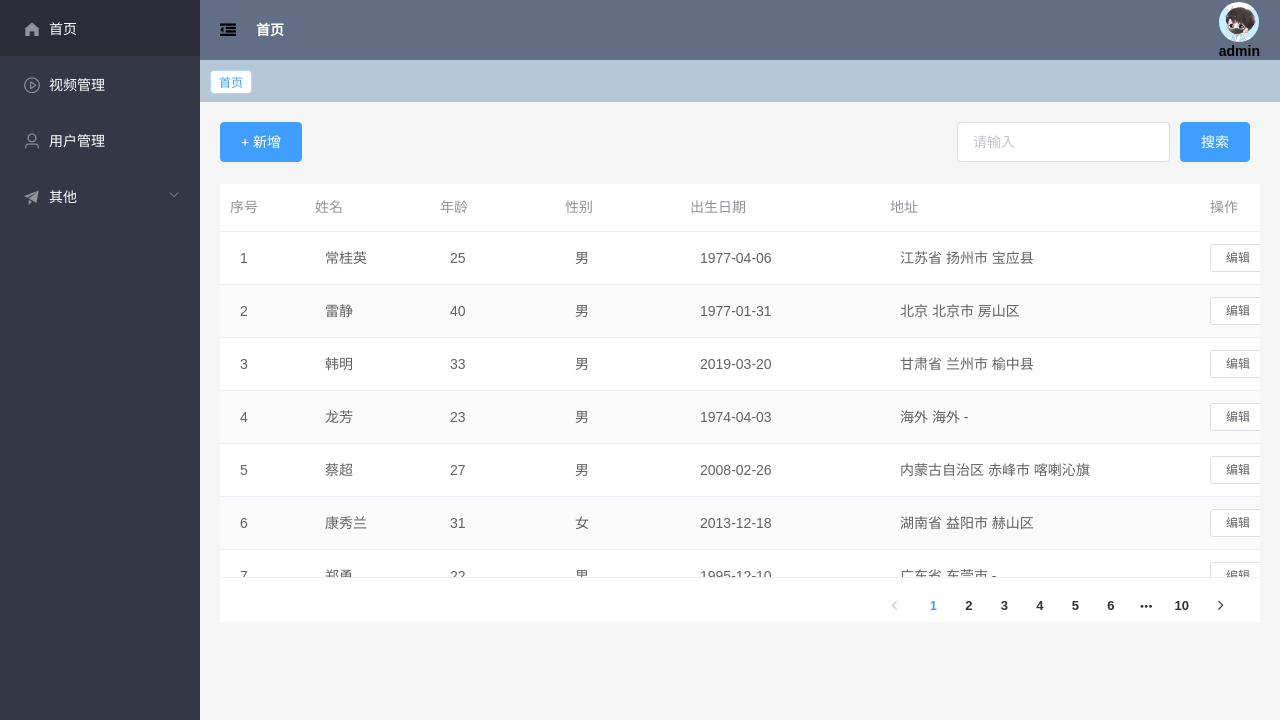
Repository: coWhy/vue-manage
Page: /#/user
These files come from the project's save history. The page is drawn as it stood at one moment and after the next save; the edit follows.
The browser window is 1280 px wide. The pictures show the whole page.
The project was rebuilt for these pictures with package versions that can differ from the ones it lists, and the page was loaded fresh each time. Also part of the build but not shown: vue.config.js.

Above is the page before, as saved 2020-04-14 03:42:45.

### src/main.js
import Vue from 'vue'
import App from './App.vue'
import router from './router'
import store from './store'
// 全局配置样式
import '@/assets/scss/reset.scss'
import '@/assets/font-awesome-4.7.0/css/font-awesome.css'
// 第三方包
import ElementUI from 'element-ui'
import 'element-ui/lib/theme-chalk/index.css'
// 自定义全局插件
import http from '@/plugins/http' // 自定义全局axios
// 引入Mock 主要是用于前端模拟使用 使用时 记得注释掉
import './mock'

Vue.config.productionTip = false
Vue.use(http)
console.log(
  `当前所处开发环境:【${process.env.NODE_ENV}】| 路由为: 【${process.env.VUE_APP_URL}】`
)
Vue.use(ElementUI)
new Vue({
  router,
  store,
  render: h => h(App)
}).$mount('#app')

### src/App.vue
<template>
  <div id="app">
    <router-view />
  </div>
</template>

<style lang="scss">
#app {
  // color: $theme-color;
  height: 100vh;
}
</style>

### src/router/index.js
import Vue from 'vue'
import VueRouter from 'vue-router'
//
const originalPush = VueRouter.prototype.push
VueRouter.prototype.push = function push(location) {
  return originalPush.call(this, location).catch(err => err)
}
Vue.use(VueRouter)

const routes = [
  {
    path: '/',
    component: () => import('@/views/layout/index'),
    children: [
      {
        path: '/',
        name: 'home',
        component: () => import('@/views/home/index')
      },
      {
        path: '/video',
        name: 'video',
        component: () => import('@/views/video/index')
      },
      {
        path: '/user',
        name: 'user',
        component: () => import('@/views/user/index')
      },
      {
        path: '/page1',
        name: 'page1',
        component: () => import('@/views/other/page1')
      },
      {
        path: '/page2',
        name: 'page2',
        component: () => import('@/views/other/page2')
      }
    ]
  }
]

const router = new VueRouter({
  routes
})

export default router

### src/store/index.js
import Vue from 'vue'
import Vuex from 'vuex'
import tag from './modules/tag'
Vue.use(Vuex)

export default new Vuex.Store({
  state: {},
  mutations: {},
  actions: {},
  modules: {
    tag
  }
})

### src/plugins/http.js
// 自定义开发插件
import axios from 'axios'

const MyHttpServer = {}

MyHttpServer.install = Vue => {
  // 基准地址
  // axios.defaults.baseURL = process.env.VUE_APP_URL
  const service = axios.create({
    baseURL: process.env.VUE_APP_URL, //请求基础url
    timeout: 3000 //  请求超时时间
  })
  // 添加请求拦截器 token拦截
  service.interceptors.request.use(
    config => {
      return config
    },
    err => {
      console.log(err)
    }
  )
  // 响应拦截器
  service.interceptors.response.use(
    response => {
      let res = {}
      //  此处对不同状态码 进行不同的操作 比如404 跳转页面等
      res.status = response.status
      res.data = response.data
      return res
    },
    err => {
      console.log(err)
    }
  )
  Vue.prototype.$http = axios
}
export default MyHttpServer

### src/mock/index.js
import Mock from 'mockjs'
import homeApi from './home'
import userApi from './user'
import permissionApi from './permission'

// 设置200-2000毫秒延时请求数据
// Mock.setup({
//   timeout: '200-2000'
// })

// 首页相关
// 拦截的是 /home/getData
Mock.mock(/\/home\/getData/, 'get', homeApi.getStatisticalData)

// 用户相关
Mock.mock(/\/user\/getUser/, 'get', userApi.getUserList)
Mock.mock(/\/user\/del/, 'get', userApi.deleteUser)
Mock.mock(/\/user\/batchremove/, 'get', userApi.batchremove)
Mock.mock(/\/user\/add/, 'post', userApi.createUser)
Mock.mock(/\/user\/edit/, 'post', userApi.updateUser)
Mock.mock(/\/home\/getData/, 'get', homeApi.getStatisticalData)

// 权限相关
Mock.mock(/\/permission\/getMenu/, 'post', permissionApi.getMenu)

### src/assets/scss/_variable.scss
// 全局配置样式 修改主题颜色
$theme-color: #33aef0;

### src/views/layout/index.vue
<template>
  <el-container class="container">
    <!-- 左侧菜单栏 -->
    <el-aside width="auto">
      <common-aside></common-aside>
    </el-aside>
    <el-container>
      <!-- 头部 -->
      <el-header class="header">
        <common-header></common-header>
      </el-header>
      <!-- Tab标签 -->
      <common-tag class="tag"></common-tag>
      <!-- 主体 -->
      <el-main>
        <router-view></router-view>
      </el-main>
    </el-container>
  </el-container>
</template>

<script>
import CommonAside from './components/aside/index'
import CommonHeader from './components/header/index'
import CommonTag from './components/tag/index'
export default {
  components: {
    CommonAside,
    CommonHeader,
    CommonTag
  }
}
</script>

<style lang="scss" scoped>
.container {
  height: 100%;
}
.header {
  background-color: #626e85; // 头部背景色
  width: 100%;
}
.main {
  padding-top: 0;
}
</style>

### src/views/user/index.vue
<template>
  <div class="manage">
    <el-dialog
      :title="operateType === 'add' ? '新增用户' : '更新用户'"
      :visible.sync="isShow"
    >
      <common-form
        :formLabel="operateFormLabel"
        :form="operateForm"
        ref="form"
      ></common-form>
      <div slot="footer" class="dialog-footer">
        <el-button @click="isShow = false">取 消</el-button>
        <el-button type="primary" @click="confirm">确 定</el-button>
      </div>
    </el-dialog>
    <div class="manage-header">
      <el-button type="primary" @click="addUser">+ 新增</el-button>
      <common-form inline :formLabel="formLabel" :form="searchFrom">
        <el-button type="primary" @click="getList(searchFrom.keyword)"
          >搜索</el-button
        >
      </common-form>
    </div>
    <common-table
      :tableData="tableData"
      :tableLabel="tableLabel"
      :config="config"
      @changePage="getList()"
      @edit="editUser"
      @del="delUser"
    ></common-table>
  </div>
</template>

<script>
import CommonForm from '@/components/form'
import CommonTable from '@/components/table'
export default {
  components: {
    CommonForm,
    CommonTable
  },
  data() {
    return {
      operateType: 'add',
      isShow: false,
      tableData: [],
      tableLabel: [
        {
          prop: 'name',
          label: '姓名'
        },
        {
          prop: 'age',
          label: '年龄'
        },
        {
          prop: 'sexLabel',
          label: '性别'
        },
        {
          prop: 'birth',
          label: '出生日期',
          width: 200
        },
        {
          prop: 'addr',
          label: '地址',
          width: 320
        }
      ],
      config: {
        page: 1,
        total: 30,
        loading: false
      },
      operateForm: {
        name: '',
        addr: '',
        age: '',
        birth: '',
        sex: ''
      },
      operateFormLabel: [
        {
          model: 'name',
          label: '姓名'
        },
        {
          model: 'age',
          label: '年龄'
        },
        {
          model: 'sex',
          label: '性别',
          type: 'select',
          opts: [
            {
              label: '男',
              value: 1
            },
            {
              label: '女',
              value: 0
            }
          ]
        },
        {
          model: 'birth',
          label: '出生日期',
          type: 'date'
        },
        {
          model: 'addr',
          label: '地址'
        }
      ],
      searchFrom: {
        keyword: ''
      },
      formLabel: [
        {
          model: 'keyword',
          label: ''
        }
      ]
    }
  },
  methods: {
    getList(name = '') {
      this.config.loading = true
      // 搜索时，页码需要设置为1，才能正确返回数据，因为数据是从第一页开始返回的
      name ? (this.config.page = 1) : ''
      this.$http
        .get('/api/user/getUser', {
          params: {
            page: this.config.page,
            name
          }
        })
        .then(res => {
          this.tableData = res.data.list.map(item => {
            item.sexLabel = item.sex === 0 ? '女' : '男'
            return item
          })
          this.config.total = res.data.count
          this.config.loading = false
        })
    },
    addUser() {
      this.operateForm = {}
      this.operateType = 'add'
      this.isShow = true
    },
    editUser(row) {
      this.operateType = 'edit'
      this.isShow = true
      this.operateForm = row
    },
    confirm() {
      if (this.operateType === 'edit') {
        this.$http.post('/api/user/edit', this.operateForm).then(res => {
          console.log(res.data)
          this.isShow = false
          this.getList()
        })
      } else {
        this.$http.post('/api/user/add', this.operateForm).then(res => {
          console.log(res.data)
          this.isShow = false
          this.getList()
        })
      }
    },
    delUser(row) {
      this.$confirm('此操作将永久删除该文件, 是否继续?', '提示', {
        confirmButtonText: '确定',
        cancelButtonText: '取消',
        type: 'warning'
      })
        .then(() => {
          let id = row.id
          this.$http
            .get('/api/user/del', {
              params: {
                id
              }
            })
            .then(res => {
              console.log(res.data)
              this.$message({
                type: 'success',
                message: '删除成功!'
              })
              this.getList()
            })
        })
        .catch(() => {
          this.$message({
            type: 'info',
            message: '已取消删除'
          })
        })
    }
  },
  created() {
    this.getList()
  }
}
</script>

<style lang="scss" scoped>
.manage {
  height: 90%;
  padding-bottom: 20px;
  overflow: hidden;
  &-header {
    display: flex;
    justify-content: space-between;
    align-items: flex-start;
  }
}
</style>

### src/views/layout/components/aside/index.vue
<template>
  <el-menu
    default-active="2"
    class="el-menu-vertical-demo"
    :background-color="asideSetting.bgColor"
    :text-color="asideSetting.texteColor"
    :active-text-color="asideSetting.activeTextColor"
    :collapse="isCollapse"
  >
    <!-- 这是没有子级菜单的
    handleClickMenu(item) 将选中的菜单元素存入store中的menu 用于tab使用
    由于 分两种情况 所以 下面两种 都需要加上handleClickMenu 事件
    v-for="item in noChildrenList" 遍历元素列表
    :index="item.path"  路由相关
    :key="item.title" 索引 避免重复
    -->
    <!-- noChildrenList -->
    <el-menu-item
      :index="item.path"
      v-for="item in noChildrenList"
      :key="item.title"
      @click="handleClickMenu(item)"
    >
      <i :class="item.icon"></i>
      <span slot="title">{{ item.title }}</span>
    </el-menu-item>
    <!-- hasChildrenList -->
    <el-submenu
      :index="item.title"
      v-for="item in hasChildrenList"
      :key="item.title"
    >
      <template slot="title">
        <i :class="item.icon"></i>
        <span slot="title">{{ item.title }}</span>
      </template>
      <el-menu-item-group>
        <el-menu-item
          :index="subItem.path"
          v-for="subItem in item.children"
          :key="subItem.title"
          @click="handleClickMenu(subItem)"
        >
          <i :class="subItem.icon"></i>
          <span slot="title">{{ subItem.title }}</span>
        </el-menu-item>
      </el-menu-item-group>
    </el-submenu>
  </el-menu>
</template>

<script>
export default {
  computed: {
    noChildrenList() {
      // asideMenuList 没有 子级菜单
      return this.asideMenuList.filter(item => !item.children)
    },
    hasChildrenList() {
      // asideMenuList 有 子级菜单
      return this.asideMenuList.filter(item => item.children)
    },
    // 取出vuex中的是否折叠isCollapse
    isCollapse() {
      return this.$store.state.tag.isCollapse
    }
  },
  data() {
    return {
      asideSetting: {
        bgColor: '#343746', // 侧边栏背景颜色
        activeTextColor: '#4ffffb', // 选中字体的颜色
        texteColor: '#fff' // 默认字体颜色
      },
      //侧边栏菜单列表
      asideMenuList: [
        {
          path: '/',
          name: 'home',
          title: '首页',
          icon: 'el-icon-s-home'
        },
        {
          path: '/video',
          name: 'video',
          title: '视频管理',
          icon: 'el-icon-video-play'
        },
        {
          path: '/user',
          name: 'user',
          title: '用户管理',
          icon: 'el-icon-user'
        },
        {
          title: '其他',
          icon: 'el-icon-s-promotion',
          children: [
            {
              path: '/page1',
              name: 'page1',
              title: '页面1',
              icon: 'el-icon-setting'
            },
            {
              path: '/page2',
              name: 'page2',
              title: '页面2',
              icon: 'el-icon-setting'
            }
          ]
        }
      ]
    }
  },
  methods: {
    // 选中菜单 传入store
    handleClickMenu(item) {
      // 跳转到指定的页面
      this.$router.push({ name: item.name })
      this.$store.commit('getMenu', item)
    }
  }
}
</script>

<style lang="scss" scoped>
.el-menu {
  // 菜单占满容器
  height: 100%;
  border: none;
}
// 折叠样式
.el-menu-vertical-demo:not(.el-menu--collapse) {
  width: 200px;
  min-height: 400px;
}
</style>

### src/views/layout/components/header/index.vue
<template>
  <header class="header">
    <div class="l-content">
      <!-- 折叠标签 可以折叠左侧菜单栏 折叠：fa fa-outdent 展开： fa fa-indent -->
      <i
        :class="
          $store.state.tag.isCollapse === true
            ? 'fa fa-indent'
            : 'fa fa-outdent '
        "
        aria-hidden="true"
        @click="collapseAsideMenu()"
      ></i>
      <!-- 面包屑导航 -->
      <el-breadcrumb separator="/">
        <!-- 默认保留一个 首页 -->
        <el-breadcrumb-item :to="{ path: '/' }">首页</el-breadcrumb-item>
        <!-- curMenu 不为null的时候才渲染出来 -->
        <el-breadcrumb-item :to="curMenu.path" v-if="curMenu">
          {{ curMenu.title }}
        </el-breadcrumb-item>
      </el-breadcrumb>
    </div>
    <!-- 用户部分 头像 下拉菜单 等 -->
    <div class="r-content">
      <el-dropdown trigger="click" size="mini">
        <span class="el-dropdown-link">
          <!-- 用户头像 和 用户名 动态获取 -->
          <img :src="userInfo.avatar" class="avatar" />
          <span class="name">{{ userInfo.username }}</span>
        </span>
        <el-dropdown-menu slot="dropdown">
          <el-dropdown-item>个人中心</el-dropdown-item>
          <el-dropdown-item>退出登录</el-dropdown-item>
        </el-dropdown-menu>
      </el-dropdown>
    </div>
  </header>
</template>

<script>
import { mapState } from 'vuex'
export default {
  computed: {
    ...mapState({
      curMenu: state => state.tag.curMenu // 选中的菜单对象
    })
  },
  data() {
    return {
      // 用户信息
      userInfo: {
        username: 'admin', // 用户名
        avatar: require('@/assets/images/user.jpg') // 用户头像
      }
    }
  },
  methods: {
    // 折叠左侧菜单栏
    collapseAsideMenu() {
      this.$store.commit('collapseAsideMenu')
    }
  }
}
</script>

<style lang="scss" scoped>
.header {
  display: flex;
  height: 100%;
  align-items: center;
  justify-content: space-between;
}
.l-content {
  // width: 380;
  display: flex;
  align-items: center;
  i {
    margin-right: 20px;
  }
  justify-content: space-between;
}
.r-content {
  .avatar {
    width: 40px;
    height: 40px;
    border-radius: 50%;
  }
  .name {
    display: flex;
    height: 100%;
    color: black;
    font-weight: bolder;
    align-items: center;
  }
}
</style>
<style lang="scss">
.el-breadcrumb__item {
  .el-breadcrumb__inner {
    color: #b9d0fb;
    font-weight: normal;
  }
  &:last-child {
    .el-breadcrumb__inner {
      color: #ffffff;
      font-weight: bolder;
    }
  }
}
</style>

### src/views/layout/components/tag/index.vue
<template>
  <div class="tags">
    <!--  tabs标签
  不是首页才可以关闭
  选中tag颜色变化 :effect="$route.name === tag.name ? 'dark' : 'plain'"
  -->
    <el-tag
      size="small"
      :key="tag.name"
      v-for="tag in tagList"
      :closable="tag.name !== 'home'"
      :disable-transitions="false"
      @close="handleClose(tag)"
      @click="changeMenu(tag)"
      :effect="$route.name === tag.name ? 'dark' : 'plain'"
    >
      {{ tag.title }}
    </el-tag>
  </div>
</template>

<script>
import { mapState, mapMutations } from 'vuex'
export default {
  computed: {
    ...mapState({
      tagList: state => state.tag.tagList
    })
  },
  data() {
    return {}
  },
  methods: {
    ...mapMutations({
      closeTag: 'closeTag'
    }),
    // 关闭tag
    handleClose(tag) {
      this.closeTag(tag)
    },
    changeMenu(tag) {
      this.$store.commit('getMenu', tag)
      this.$router.push({ name: tag.name })
    }
  }
}
</script>

<style lang="scss" scoped>
.tags {
  background-color: #b5c6d6;
  position: relative;
  height: 42px;
  border: none;
  overflow: hidden;
  padding: 10px;
  .el-tag {
    padding-top: 1px;
    padding-bottom: 1px;
    margin-right: 15px;
    cursor: pointer;
  }
}
</style>

### src/components/form/index.vue
<template>
  <el-form :inline="inline" :model="form" ref="form" label-width="100px">
    <el-form-item
      v-for="item in formLabel"
      :key="item.model"
      :label="item.label"
    >
      <el-input
        v-model="form[item.model]"
        :placeholder="'请输入' + item.label"
        v-if="!item.type"
      ></el-input>
      <el-select
        v-model="form[item.model]"
        placeholder="请选择"
        v-if="item.type === 'select'"
      >
        <el-option
          v-for="item in item.opts"
          :key="item.value"
          :label="item.label"
          :value="item.value"
        ></el-option>
      </el-select>
      <el-switch
        v-model="form[item.model]"
        v-if="item.type === 'switch'"
      ></el-switch>
      <el-date-picker
        v-model="form[item.model]"
        type="date"
        placeholder="选择日期"
        v-if="item.type === 'date'"
        value-format="yyyy-MM-dd"
      >
      </el-date-picker>
    </el-form-item>
    <!-- 插槽 -->
    <el-form-item><slot></slot></el-form-item>
  </el-form>
</template>

<script>
export default {
  props: {
    inline: Boolean,
    form: Object,
    formLabel: Array
  }
}
</script>

<style lang="scss" scoped></style>

### src/components/table/index.vue
<template>
  <div class="common-table">
    <el-table :data="tableData" height="90%" stripe v-loading="config.loading">
      <el-table-column label="序号" width="85">
        <template slot-scope="scope">
          <span style="margin-left: 10px">{{
            (config.page - 1) * 20 + scope.$index + 1
          }}</span>
        </template>
      </el-table-column>
      <el-table-column
        show-overflow-tooltip
        v-for="item in tableLabel"
        :key="item.prop"
        :label="item.label"
        :width="item.width ? item.width : 125"
      >
        <template slot-scope="scope">
          <span style="margin-left: 10px">{{ scope.row[item.prop] }}</span>
        </template>
      </el-table-column>
      <el-table-column label="操作" min-width="180">
        <template slot-scope="scope">
          <el-button size="mini" @click="handleEdit(scope.row)">编辑</el-button>
          <el-button size="mini" type="danger" @click="handleDelete(scope.row)"
            >删除</el-button
          >
        </template>
      </el-table-column>
    </el-table>
    <el-pagination
      class="pager"
      layout="prev, pager, next"
      :total="config.total"
      :current-page.sync="config.page"
      @current-change="changePage"
      :page-size="20"
    >
    </el-pagination>
  </div>
</template>

<script>
export default {
  props: {
    tableData: Array,
    tableLabel: Array,
    config: Object
  },
  methods: {
    handleEdit(row) {
      this.$emit('edit', row)
    },
    handleDelete(row) {
      this.$emit('del', row)
    },
    changePage(page) {
      this.$emit('changePage', page)
    }
  }
}
</script>

<style lang="scss" scoped>
.common-table {
  height: calc(100% - 62px);
  background-color: #fff;
  position: relative;
  .pager {
    position: absolute;
    bottom: 0;
    right: 20px;
  }
}
</style>

Loaded but not shown: public/index.html (common file); src/assets/scss/reset.scss (common file); src/assets/font-awesome-4.7.0/css/font-awesome.css (library); src/mock/home.js (141 lines, source omitted); src/mock/user.js (147 lines, source omitted); src/mock/permission.js (101 lines, source omitted); src/store/modules/tag.js (50 lines, source omitted)

After the next save:
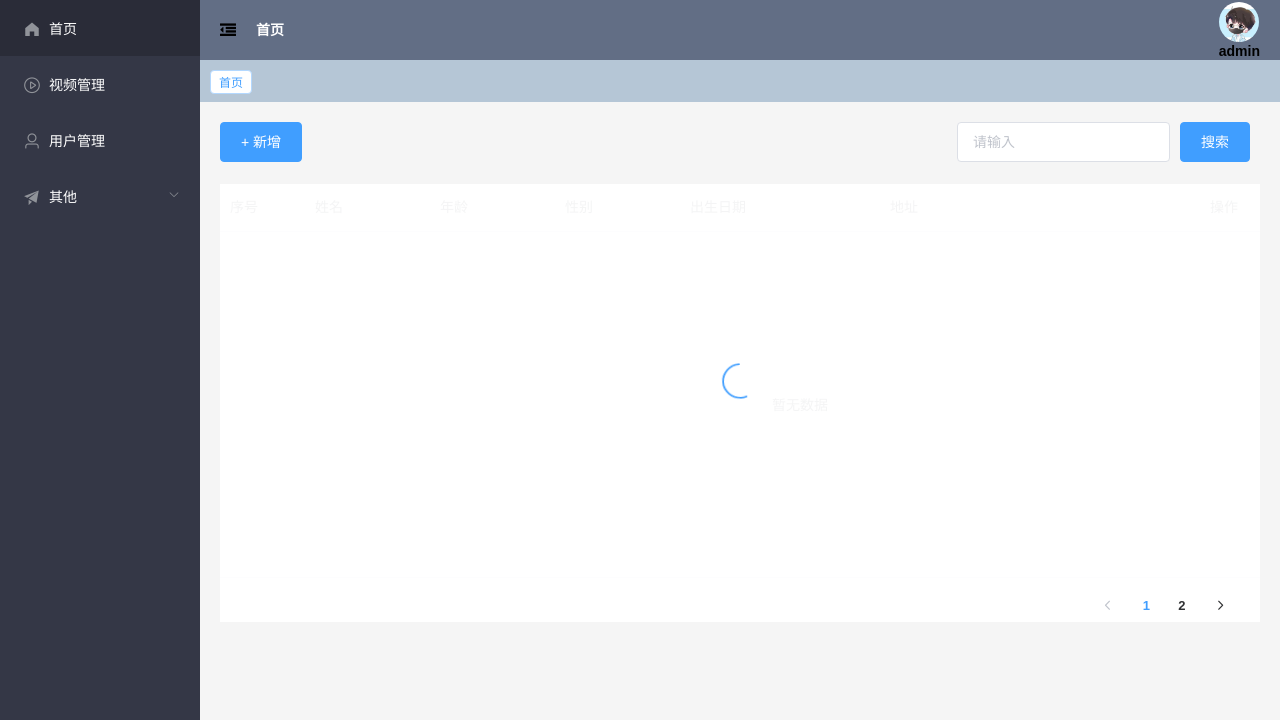
Saved 81 s later.
--- a/src/views/user/index.vue
+++ b/src/views/user/index.vue
@@ -128,25 +128,16 @@
     }
   },
   methods: {
-    getList(name = '') {
+    async getList(name = '') {
       this.config.loading = true
       // 搜索时，页码需要设置为1，才能正确返回数据，因为数据是从第一页开始返回的
       name ? (this.config.page = 1) : ''
-      this.$http
-        .get('/api/user/getUser', {
-          params: {
-            page: this.config.page,
-            name
-          }
-        })
-        .then(res => {
-          this.tableData = res.data.list.map(item => {
-            item.sexLabel = item.sex === 0 ? '女' : '男'
-            return item
-          })
-          this.config.total = res.data.count
-          this.config.loading = false
-        })
+      await this.$http.get('/api/user/getUser', {
+        params: {
+          page: this.config.page,
+          name
+        }
+      })
     },
     addUser() {
       this.operateForm = {}

After the 2 saves that followed:
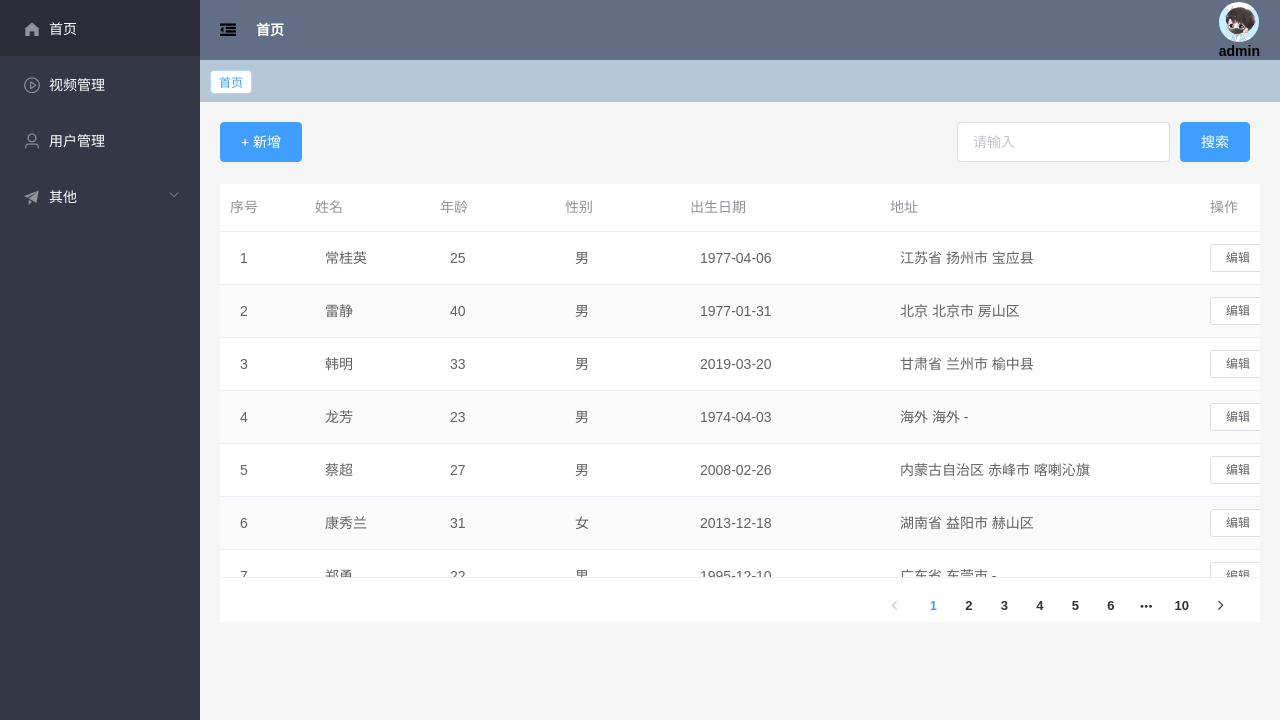
The 2 saves are shown as one change because they came seconds apart.
The last was saved 10 s later.
--- a/src/views/user/index.vue
+++ b/src/views/user/index.vue
@@ -132,12 +132,18 @@
       this.config.loading = true
       // 搜索时，页码需要设置为1，才能正确返回数据，因为数据是从第一页开始返回的
       name ? (this.config.page = 1) : ''
-      await this.$http.get('/api/user/getUser', {
+      let res = await this.$http.get('/api/user/getUser', {
         params: {
           page: this.config.page,
           name
         }
       })
+      this.tableData = res.data.list.map(item => {
+        item.sexLabel = item.sex === 0 ? '女' : '男'
+        return item
+      })
+      this.config.total = res.data.count
+      this.config.loading = false
     },
     addUser() {
       this.operateForm = {}
